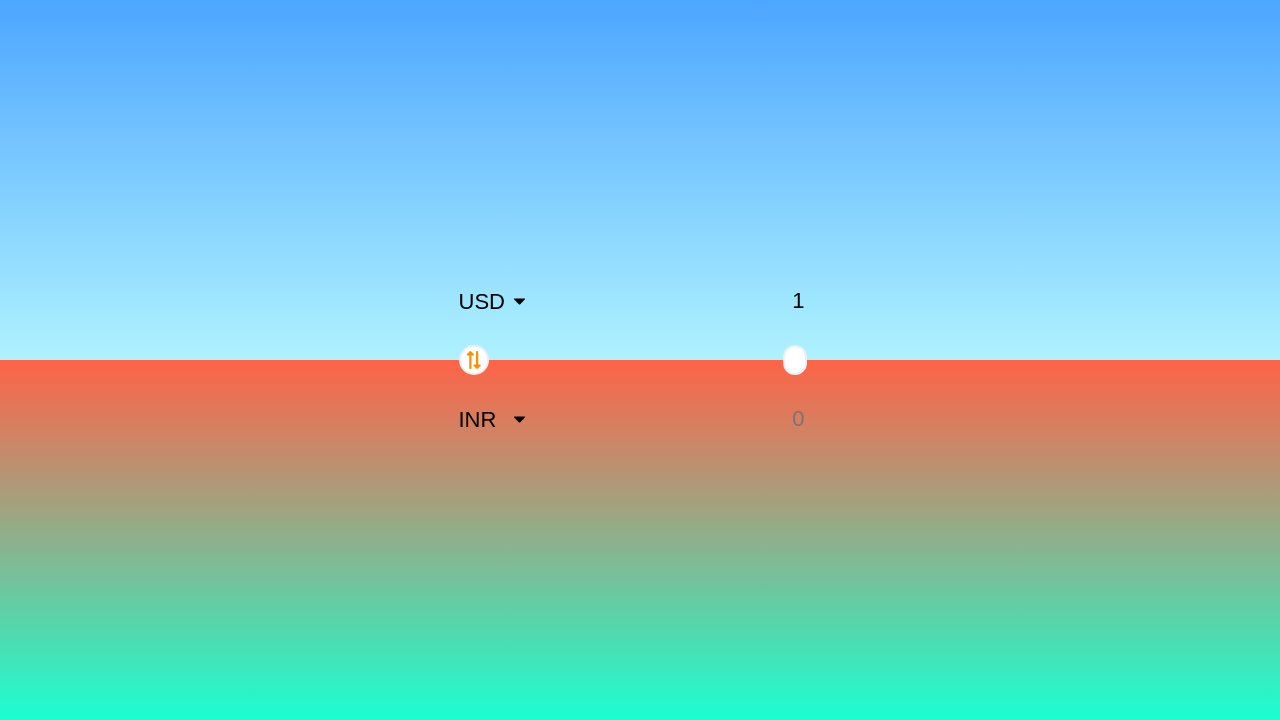
Repository: Sp4ngl3r/Currency-Converter
Page: currency.html
These files come from the project's save history. The page is drawn as it stood at one moment and after the next save; the edit follows.
The browser window is 1280 px wide. The pictures show the whole page.
Some web fonts or font styles are not loaded; a fallback is used. Some web libraries are served in a nearby version.

Above is the page before, as saved 2020-04-18 18:26:01.
Console error: TypeError: Cannot read properties of null (reading 'addEventListener')

### currency.html
<html lang="en">
  <head>
    <meta charset="UTF-8" />
    <title>USD to INR</title>
    <link
      rel="stylesheet"
      href="https://cdnjs.cloudflare.com/ajax/libs/font-awesome/5.10.2/css/all.min.css"
    />
    <link rel="stylesheet" href="currency.css" />
  </head>

  <body>
    <div class="container">
      <div class="currency">
        <select id="from_currency">
          <option value="AED">AED</option>
          <option value="ARS">ARS</option>
          <option value="AUD">AUD</option>
          <option value="BGN">BGN</option>
          <option value="BRL">BRL</option>
          <option value="BSD">BSD</option>
          <option value="CAD">CAD</option>
          <option value="CHF">CHF</option>
          <option value="CLP">CLP</option>
          <option value="CNY">CNY</option>
          <option value="COP">COP</option>
          <option value="CZK">CZK</option>
          <option value="DKK">DKK</option>
          <option value="DOP">DOP</option>
          <option value="EGP">EGP</option>
          <option value="EUR">EUR</option>
          <option value="FJD">FJD</option>
          <option value="GBP">GBP</option>
          <option value="GTQ">GTQ</option>
          <option value="HKD">HKD</option>
          <option value="HRK">HRK</option>
          <option value="HUF">HUF</option>
          <option value="IDR">IDR</option>
          <option value="ILS">ILS</option>
          <option value="INR">INR</option>
          <option value="ISK">ISK</option>
          <option value="JPY">JPY</option>
          <option value="KRW">KRW</option>
          <option value="KZT">KZT</option>
          <option value="MXN">MXN</option>
          <option value="MYR">MYR</option>
          <option value="NOK">NOK</option>
          <option value="NZD">NZD</option>
          <option value="PAB">PAB</option>
          <option value="PEN">PEN</option>
          <option value="PHP">PHP</option>
          <option value="PKR">PKR</option>
          <option value="PLN">PLN</option>
          <option value="PYG">PYG</option>
          <option value="RON">RON</option>
          <option value="RUB">RUB</option>
          <option value="SAR">SAR</option>
          <option value="SEK">SEK</option>
          <option value="SGD">SGD</option>
          <option value="THB">THB</option>
          <option value="TRY">TRY</option>
          <option value="TWD">TWD</option>
          <option value="UAH">UAH</option>
          <option value="USD" selected>USD</option>
          <option value="UYU">UYU</option>
          <option value="VND">VND</option>
          <option value="ZAR">ZAR</option>
        </select>
        <input type="number" id="from_ammount" placeholder="0" value="1" />
      </div>
      <div class="middle">
        <button id="exchange">
          <i class="fas fa-exchange-alt"></i>
        </button>
        <div class="rate" id="rate"></div>
      </div>
      <div class="currency">
        <select id="to_currency"
          ><option value="AED">AED</option>
          <option value="ARS">ARS</option>
          <option value="AUD">AUD</option>
          <option value="BGN">BGN</option>
          <option value="BRL">BRL</option>
          <option value="BSD">BSD</option>
          <option value="CAD">CAD</option>
          <option value="CHF">CHF</option>
          <option value="CLP">CLP</option>
          <option value="CNY">CNY</option>
          <option value="COP">COP</option>
          <option value="CZK">CZK</option>
          <option value="DKK">DKK</option>
          <option value="DOP">DOP</option>
          <option value="EGP">EGP</option>
          <option value="EUR">EUR</option>
          <option value="FJD">FJD</option>
          <option value="GBP">GBP</option>
          <option value="GTQ">GTQ</option>
          <option value="HKD">HKD</option>
          <option value="HRK">HRK</option>
          <option value="HUF">HUF</option>
          <option value="IDR">IDR</option>
          <option value="ILS">ILS</option>
          <option value="INR" selected>INR</option>
          <option value="ISK">ISK</option>
          <option value="JPY">JPY</option>
          <option value="KRW">KRW</option>
          <option value="KZT">KZT</option>
          <option value="MXN">MXN</option>
          <option value="MYR">MYR</option>
          <option value="NOK">NOK</option>
          <option value="NZD">NZD</option>
          <option value="PAB">PAB</option>
          <option value="PEN">PEN</option>
          <option value="PHP">PHP</option>
          <option value="PKR">PKR</option>
          <option value="PLN">PLN</option>
          <option value="PYG">PYG</option>
          <option value="RON">RON</option>
          <option value="RUB">RUB</option>
          <option value="SAR">SAR</option>
          <option value="SEK">SEK</option>
          <option value="SGD">SGD</option>
          <option value="THB">THB</option>
          <option value="TRY">TRY</option>
          <option value="TWD">TWD</option>
          <option value="UAH">UAH</option>
          <option value="USD">USD</option>
          <option value="UYU">UYU</option>
          <option value="VND">VND</option>
          <option value="ZAR">ZAR</option>
        </select>
        <input type="number" id="to_amount" placeholder="0" />
      </div>
    </div>
    <script src="currency.js"></script>
  </body>
</html>

### currency.css
@import url("https://fonts.googleapis.com/css?family=Muli&display=swap");
* {
  box-sizing: border-box;
}
body {
  background: linear-gradient(
    to bottom,
    #4da6ff 0%,
    #aff2ff 50%,
    #ff6347 50%,
    #1affd1 100%
  );
  font-family: "Muli", sans-serif;
  display: flex;
  flex-direction: column;
  justify-content: center;
  align-items: center;
  height: 100vh;
  margin: 0;
}
.currency {
  display: flex;
  align-items: center;
  justify-content: space-between;
}
.currency select {
  background: transparent;
  background-image: url("data:[embedded picture, 475 characters]");
  background-repeat: no-repeat, repeat;
  background-position: right 0.2em top 50%, 0 0;
  background-size: 0.5em auto, 100%;
  border: 0;
  padding-right: 20px;
  font-size: 22px;
  -moz-appearance: none;
  -webkit-appearance: none;
  appearance: none;
}
.currency input {
  border: 0;
  background: transparent;
  font-size: 22px;
  text-align: right;
}
.middle {
  color: #f59300;
  display: flex;
  align-items: center;
  justify-content: space-between;
}
.middle button {
  background-color: #fff;
  border: 2px solid #ecf0f1;
  border-radius: 50%;
  cursor: pointer;
  color: #f59300;
  font-size: 18px;
  display: flex;
  align-items: center;
  justify-content: center;
  height: 30px;
  width: 30px;
  transform: rotate(90deg);
}
.middle button:active {
  transform: rotate(90deg) scale(0.9);
}
.middle .rate {
  background-color: #fff;
  border: 2px solid #ecf0f1;
  border-radius: 50px;
  font-size: 18px;
  display: flex;
  align-items: center;
  justify-content: center;
  height: 30px;
  padding: 0 10px;
  margin: 30px 15px 30px 25px;
}
select:focus,
input:focus,
button:focus {
  outline: 0;
}

### currency.js
const from_currencyEl = document.getElementById("from_currency");
const from_ammountEl = document.getElementById("from_ammount");
const to_currencyEl = document.getElementById("to_currency");
const to_ammountEl = document.getElementById("to_ammount");
const rateEl = document.getElementById("rate");
const exchange = document.getElementById("exchange");

from_currencyEl.addEventListener("change", calculate);
from_ammountEl.addEventListener("input", calculate);
to_currencyEl.addEventListener("change", calculate);
to_ammountEl.addEventListener("input", calculate);

exchange.addEventListener("click", () => {
  const temp = from_currencyEl.value;
  from_currencyEl.value = to_currencyEl.value;
  to_currencyEl.value = temp;
  calculate();
});

function calculate() {
  const from_currency = from_currencyEl.value;
  const to_currency = to_currencyEl.value;

  fetch(`https://api.exchangerate-api.com/v4/latest/${from_currency}`)
    .then((res) => res.json())
    .then((res) => {
      const rate = res.rates[to_currency];
      rateEl.innerText = `1 ${from_currency} = ${rate} ${to_currency}`;
      to_ammountEl.value = (from_ammountEl.value * rate).toFixed(2);
    });
}

calculate();

After the next save:
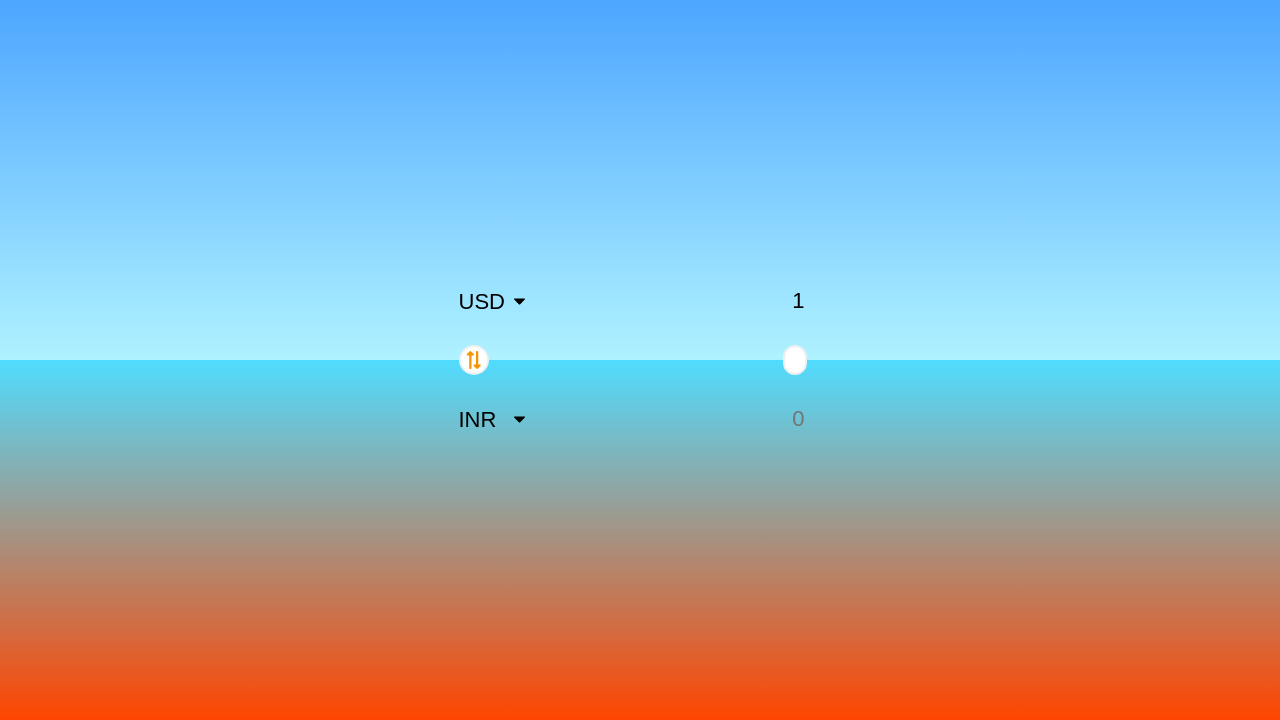
Saved 47 s later.
--- a/currency.css
+++ b/currency.css
@@ -7,8 +7,8 @@ body {
     to bottom,
     #4da6ff 0%,
     #aff2ff 50%,
-    #ff6347 50%,
-    #1affd1 100%
+    #50dcff 50%,
+    #ff4500 100%
   );
   font-family: "Muli", sans-serif;
   display: flex;
